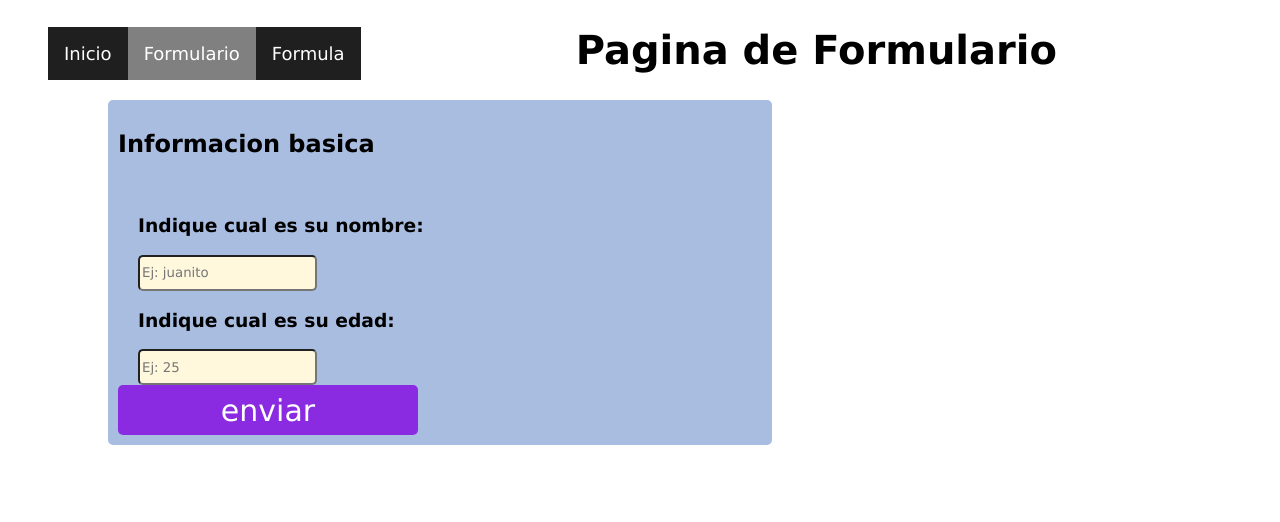
Repository: misterySnow94/tutoriales
Page: pagina basica/formulario.html
An editor plug-in stored every save of this project. The page is shown before and after the next save, followed by the edit.
The browser window is 1280 px wide. The pictures show the whole page.

Above is the page before, as saved 2019-11-03 23:56:44.

### pagina basica/formulario.html
<!DOCTYPE html>
<html lang="en">
<head>
    <meta charset="UTF-8">
    <meta name="viewport" content="width=device-width, initial-scale=1.0">
    <meta http-equiv="X-UA-Compatible" content="ie=edge">
    <title>inicio</title>
    <link rel="stylesheet" href="css/style.css">
</head>
<body>
    <nav>
        <ul>
            <li><a href="index.html"> Inicio </a></li>
            <li class="active"><a href="formulario.html">Formulario</a></li>
            <li><a href="formula.html">Formula</a></li>
        </ul>
    </nav>

    <div class="contenido">
        <h1>Pagina de Formulario</h1>

        <form action="">
            <h2>Informacion basica</h2>
            <label for="nombre">
                <h3>Indique cual es su nombre:</h3>
                <input type="text" placeholder="Ej: juanito" name="nombre">
            </label>
            <label for="edad">
                <h3>Indique cual es su edad:</h3>
                <input type="number" placeholder="Ej: 25" name="edad">
            </label>
            <br>
            <button>enviar</button>
        </form>
    </div>
</body>
</html>

### pagina basica/css/style.css
body{
    font-family: 'Lucida Sans', 'Lucida Sans Regular', 'Lucida Grande', 'Lucida Sans Unicode', Geneva, Verdana, sans-serif;
}

li{
    float: left;
    list-style: none;
    padding: 16px;
    background-color: rgb(31, 31, 31);
}

.active{
    background-color: gray;
}

li:hover{
    background-color: gray;
}

a{
    color: white;
    text-decoration: none;
    font-size: 18px;
}

h1{
    text-align: center;
    font-size: 40px;
}

form{
    margin-left: 100px;
    margin-right: 500px;
    background-color: rgb(169, 189, 224);
    border-radius: 5px;
    padding: 10px;
}

label, input, h3{
    margin-left: 20px;
}

input{
    border-radius: 5px;
    height: 30px;
    font-family: 'Lucida Sans', 'Lucida Sans Regular', 'Lucida Grande', 'Lucida Sans Unicode', Geneva, Verdana, sans-serif;
    background-color: cornsilk;
}

button{
    background-color: blueviolet;
    height: 50px;
    width: 300px;
    border:none;
    border-radius: 5px;
    font-family: 'Lucida Sans', 'Lucida Sans Regular', 'Lucida Grande', 'Lucida Sans Unicode', Geneva, Verdana, sans-serif;
    font-size: 30px;
    color:white;
}

After the next save:
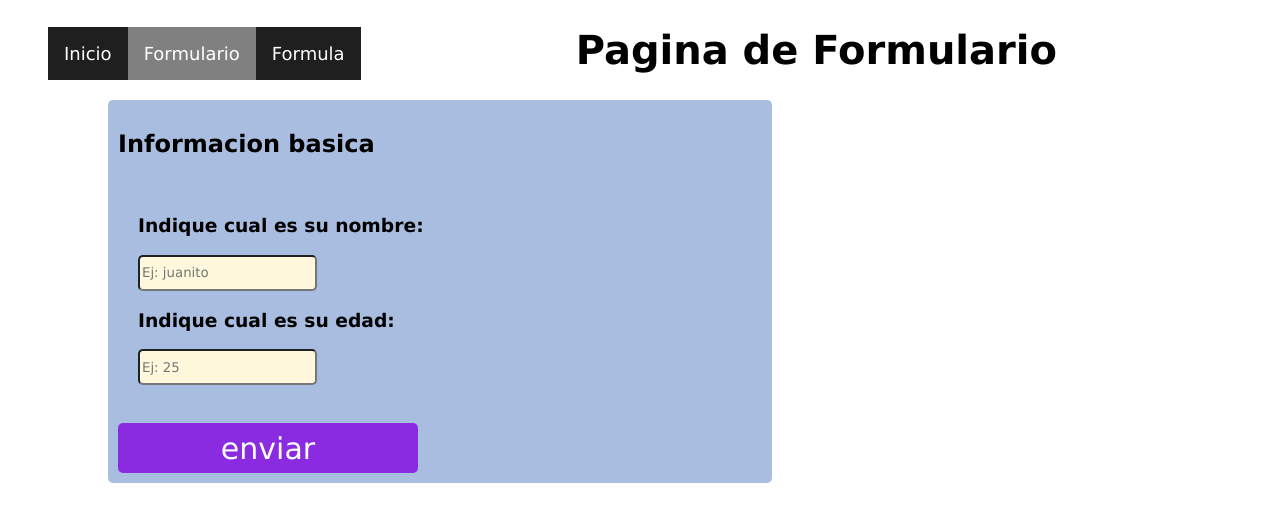
Saved 6 s later.
--- a/pagina basica/formulario.html
+++ b/pagina basica/formulario.html
@@ -29,7 +29,7 @@
                 <h3>Indique cual es su edad:</h3>
                 <input type="number" placeholder="Ej: 25" name="edad">
             </label>
-            <br>
+            <br><br><br>
             <button>enviar</button>
         </form>
     </div>
